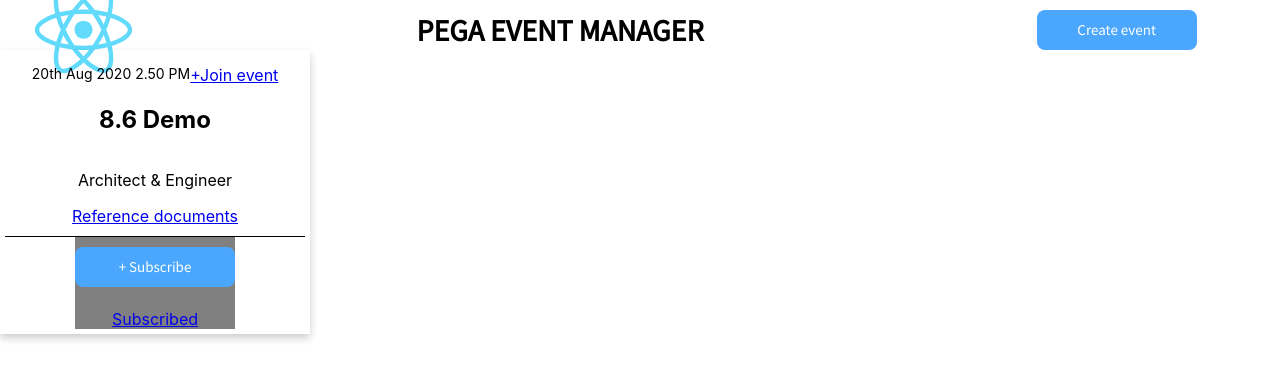
Repository: SasiVeeramachaneni/eventmanager
Page: /
These files come from the project's save history. The page is drawn as it stood at one moment and after the next save; the edit follows.
The browser window is 1280 px wide. The pictures show the whole page.
The project was rebuilt for these pictures with package versions that can differ from the ones it lists, and the page was loaded fresh each time.

Above is the page before, as saved 2020-08-19 15:21:46.

### src/index.js
import React from 'react';
import ReactDOM from 'react-dom';
import './index.css';
import App from './App';
import * as serviceWorker from './serviceWorker';
import './fonts/SourceSansPro-Regular.ttf'

ReactDOM.render(
  <React.StrictMode>
    <App />
  </React.StrictMode>,
  document.getElementById('root')
);

// If you want your app to work offline and load faster, you can change
// unregister() to register() below. Note this comes with some pitfalls.
// Learn more about service workers: https://bit.ly/CRA-PWA
serviceWorker.unregister();

### src/App.js
import React from 'react';
import './App.css';
import logo from './logo.svg';
import Card from './Card';


function App() {
  return (
    <div className="App">
      <div className="header">
        <div className="logo"><img src={logo} alt=""/></div>
        <div className="heading">PEGA EVENT MANAGER</div>
        <div className="logo"><button type="button" className="createbutton">Create event</button></div>
      </div>
      <div className="body">
        <Card />

      </div>

    </div>
  );
}

export default App;

### src/App.css
.App {
  height: 100vh;
  width: 100%;
  display: grid;
  grid-template-rows: 50px 1fr;
}

@font-face {
  font-family: 'SourceSansPro';
  src: local('SourceSansPro'), url(./fonts/SourceSansPro-Regular.ttf) format('truetype');
}


.container {
  padding: 2px 16px;
}

.header {
  display: flex;
  align-items: stretch;
  justify-content: space-evenly;
  padding-top: 10px;
}

.logo {
  flex-grow: 1;
  display: flex;
  align-items: center;
  justify-content: center;
}

.heading {
  flex-grow: 3;
  display: flex;
  align-items: center;
  justify-content: center;
  font-size: 30px;
  font-weight: bold;
  font-family: SourceSansPro;

}

.createbutton {
  width: 10rem;
  color: #FFF;
  background: #4BA7FE;
  border-radius: 8px;
  font-size: 15px;
  line-height: 24px;
  height: 2.5rem;
  position: relative;
  align-items: center;
  box-sizing: border-box;
  transition: all 0.4s ease-in-out;
  border: none;
  font-family: SourceSansPro;


}

.body {
}

### src/Card.js
import React from 'react';
import './Card.css';

function Card() {
    return (
    <div className="card">
        <div className="inlineCard">
        <div className="topline">
          <div className="time">20th Aug 2020 2.50 PM</div>
          <a href="url">+Join event</a>
        </div>
        <h2>8.6 Demo</h2>
        <p>Architect & Engineer</p>
        <a href="url">Reference documents</a>
        <div className="solid" />
        <div className="bottom">
        <button className="subscribe">+   Subscribe</button><br />
        <a href="url">Subscribed</a>
        </div>
        </div>
    </div>
    );
}

export default Card;

### src/Card.css
.card {
    box-shadow: 0 4px 8px 0 rgba(0,0,0,0.2);
    transition: 0.3s;
    width: 300px;
    padding: 5px;
  }

  .card:hover {
    box-shadow: 0 8px 16px 0 rgba(0,0,0,0.2);
  }

  .bottom {
      background-color: gray;
      display: flex;
      flex-direction: column;
      align-items: center;
      justify-content: center;

  }

  .inlineCard {
    display: flex;
    flex-direction: column;
    align-items: center;
    justify-content: center;
  }

  .topline {
    display: flex;
    align-items: stretch;
    justify-content: space-evenly;
    padding-top: 10px;
    padding-left:5px;
    padding-right: 5px;
  }

  .solid {
    margin-top:10px;
    border-bottom: 1px solid black;
    width: 300px;
  }

  .time {
      display: flex;
      flex-grow: 1;
      font-size: 14px;
  }

  .subscribe {
    width: 10rem;
    color: #FFF;
    background: #4BA7FE;
    border-radius: 8px;
    font-size: 15px;
    line-height: 24px;
    height: 2.5rem;
    position: relative;
    align-items: center;
    box-sizing: border-box;
    transition: all 0.4s ease-in-out;
    border: none;
    font-family: SourceSansPro;
    margin-top: 10px;
    margin-bottom: 2px;

  }

Loaded but not shown: public/index.html (common file); src/index.css (common file); src/serviceWorker.js (common file)

After the next save:
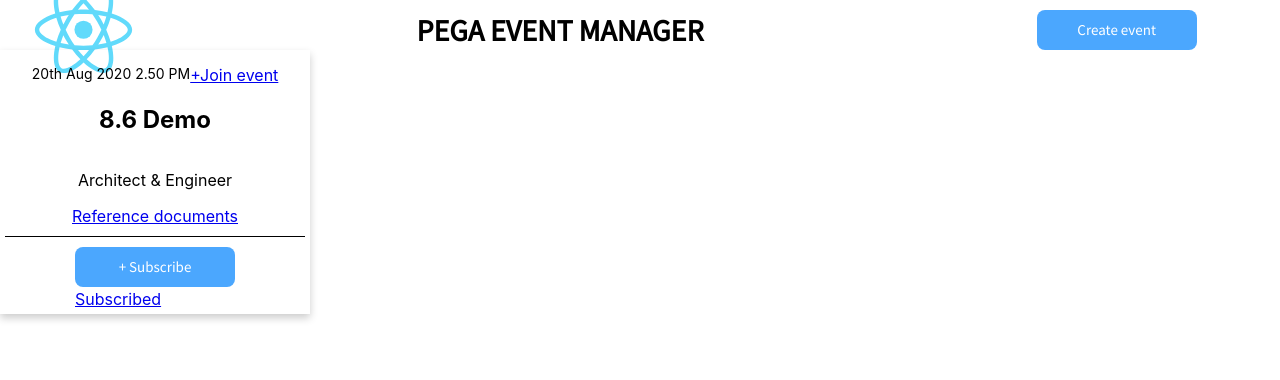
Saved 16 s later.
--- a/src/Card.css
+++ b/src/Card.css
@@ -9,14 +9,6 @@
     box-shadow: 0 8px 16px 0 rgba(0,0,0,0.2);
   }
 
-  .bottom {
-      background-color: gray;
-      display: flex;
-      flex-direction: column;
-      align-items: center;
-      justify-content: center;
-
-  }
 
   .inlineCard {
     display: flex;
